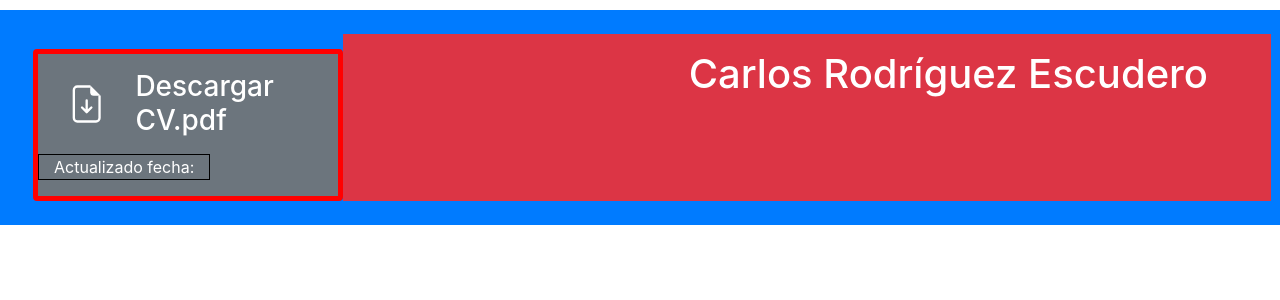
Repository: CarlosRoEs/CarlosWebCV
Page: index.html
The author's editor kept a copy of each file at every save. The page is drawn from the files as they stood at one save, then again after a run of saves.
The browser window is 1280 px wide. The pictures show the whole page.
The style sheet was rebuilt from its Sass, Less or Tailwind sources for each picture, by a compiler version that may differ from the author's.

Above is the page before, as saved 2020-09-15 13:21:44.

### index.html
<!DOCTYPE html>
<html lang="es">

<head>
    <meta charset="UTF-8">
    <meta name="viewport" content="width=device-width, initial-scale=1.0">
    <title>Document</title>
    <link rel="stylesheet" href="bootstrap/css/bootstrap.min.css">
    <link rel="stylesheet" href="dist/header.css">
</head>

<body>

    <div class="container-fluid">
        <div class="row">
            <header id="header" class="col-12 bg-primary text-white p-4 pl-5">
                <div class="row d-flex flex-row flex-wrap justify-content-start">
                    <div class="col-3 d-flex flex-row flex-wrap">
                        <div class="row">
                            <a href="#" id="a-header" class="col-12 d-flex flex-row flex-wrap rounded bg-secondary">
                                <svg width="100px" height="100px" viewBox="0 0 16 16"
                                    class="bi bi-file-earmark-arrow-down col-3" fill="white"
                                    xmlns="http://www.w3.org/2000/svg">
                                    <path
                                        d="M4 0h5.5v1H4a1 1 0 0 0-1 1v12a1 1 0 0 0 1 1h8a1 1 0 0 0 1-1V4.5h1V14a2 2 0 0 1-2 2H4a2 2 0 0 1-2-2V2a2 2 0 0 1 2-2z" />
                                    <path d="M9.5 3V0L14 4.5h-3A1.5 1.5 0 0 1 9.5 3z" />
                                    <path fill-rule="evenodd"
                                        d="M8 6a.5.5 0 0 1 .5.5v3.793l1.146-1.147a.5.5 0 0 1 .708.708l-2 2a.5.5 0 0 1-.708 0l-2-2a.5.5 0 1 1 .708-.708L7.5 10.293V6.5A.5.5 0 0 1 8 6z" />
                                </svg>
                                <h3 id="h3-header" class="col-9 mt-3 text-left text-white">Descargar CV.pdf</h3>

                                <div class="row">
                                    <p class="col-12 text-white">Actualizado fecha:</p>
                                </div>
                            </a>
                        </div>
                    </div>
                    <div class="col-9 bg-danger d-flex justify-content-end">
                        <h1 class="mt-3 mr-5 align-items-center">Carlos Rodríguez Escudero</h1>
                    </div>
                </div>
            </header>
        </div>

    </div>

    <script type="text/javascript" src="jquery/jquery-3.5.1.min.js"></script>
    <script type="text/javascript" src="bootstrap/js/bootstrap.min.js"></script>
</body>

</html>

### Sass/header.scss
* {
    margin: 0px;
    padding: 0px;
}

#header {
    margin-top: 10px;
    p {
        border: 1px solid black;
    }

    #a-header {
        margin-top: 15px;
        border: 5px solid red;
    }
}

Loaded but not shown: bootstrap/css/bootstrap.min.css (library); jquery/jquery-3.5.1.min.js (library); bootstrap/js/bootstrap.min.js (library)

After the next 2 saves:
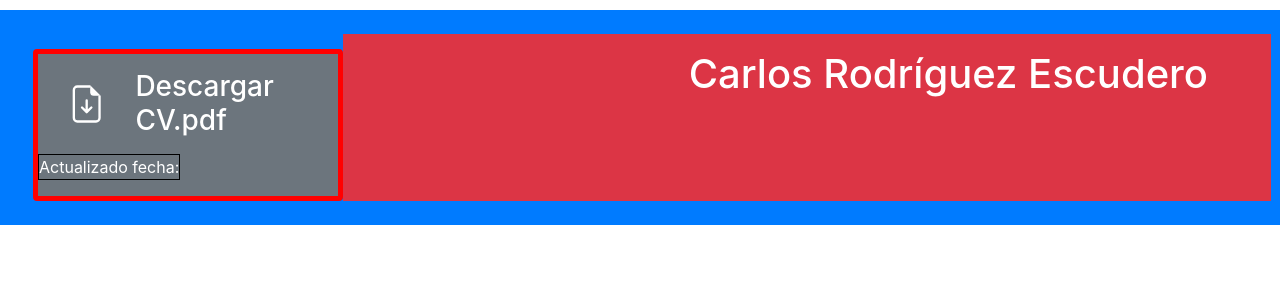
The 2 saves are shown as one change because they came seconds apart.
The last was saved 12 s later.
--- a/index.html
+++ b/index.html
@@ -30,7 +30,7 @@
                                 <h3 id="h3-header" class="col-9 mt-3 text-left text-white">Descargar CV.pdf</h3>
 
                                 <div class="row">
-                                    <p class="col-12 text-white">Actualizado fecha:</p>
+                                    <p class="text-white">Actualizado fecha:</p>
                                 </div>
                             </a>
                         </div>
